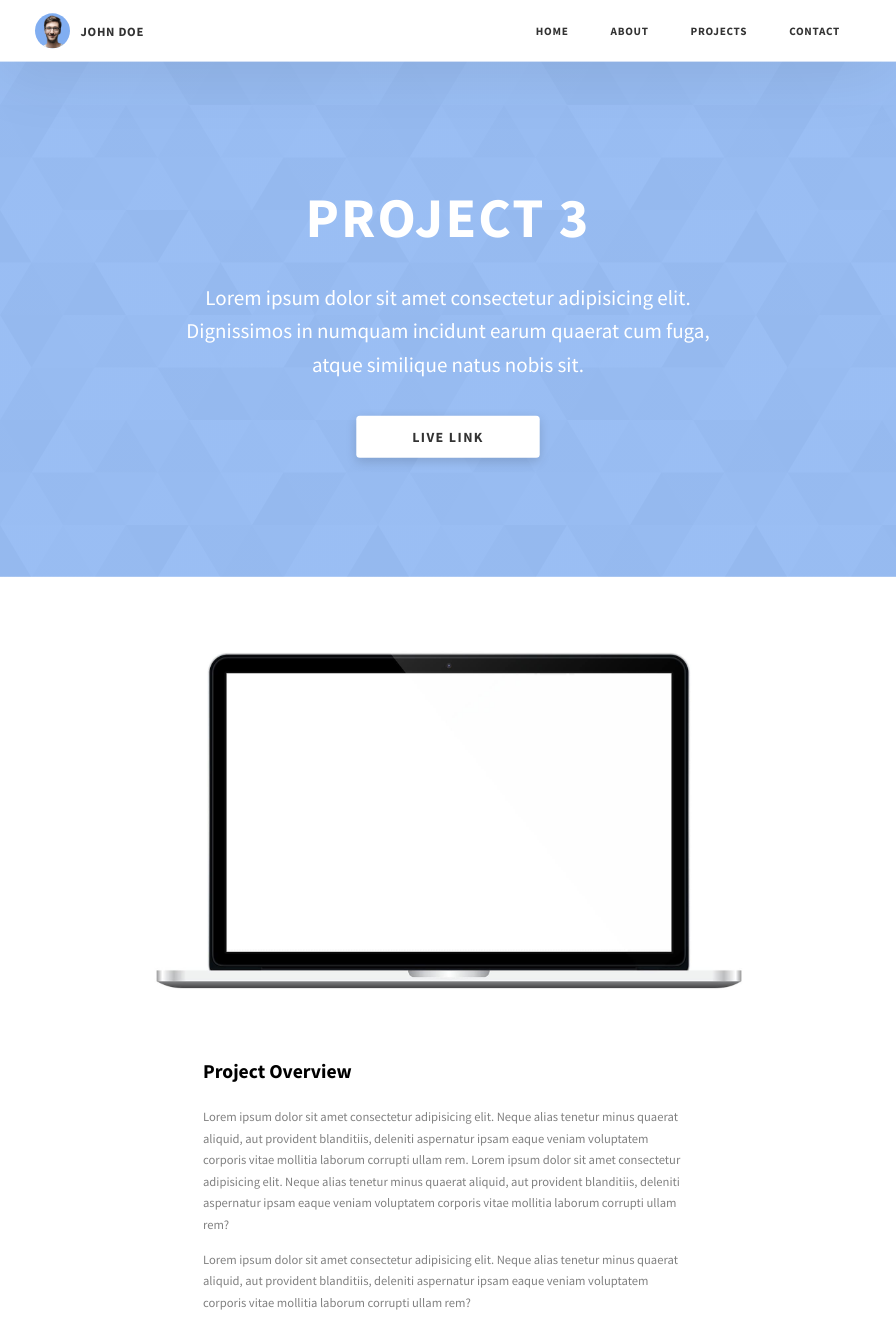
Repository: justinknguyen/Personal-Portfolio
Page: keyboards.html
These files come from the project's save history. The page is drawn as it stood at one moment and after the next save; the edit follows.
The browser window is 1280 px wide. The pictures show the part of the page from y = 0 to 1920 px (the page is 2775 px tall), at 70% of full size.
The style sheet was rebuilt from its Sass, Less or Tailwind sources for each picture, by a compiler version that may differ from the author's.

Above is the page before, as saved 2022-09-10 14:46:25.
Console error: TypeError: Cannot read properties of undefined (reading 'style')

After the next save:
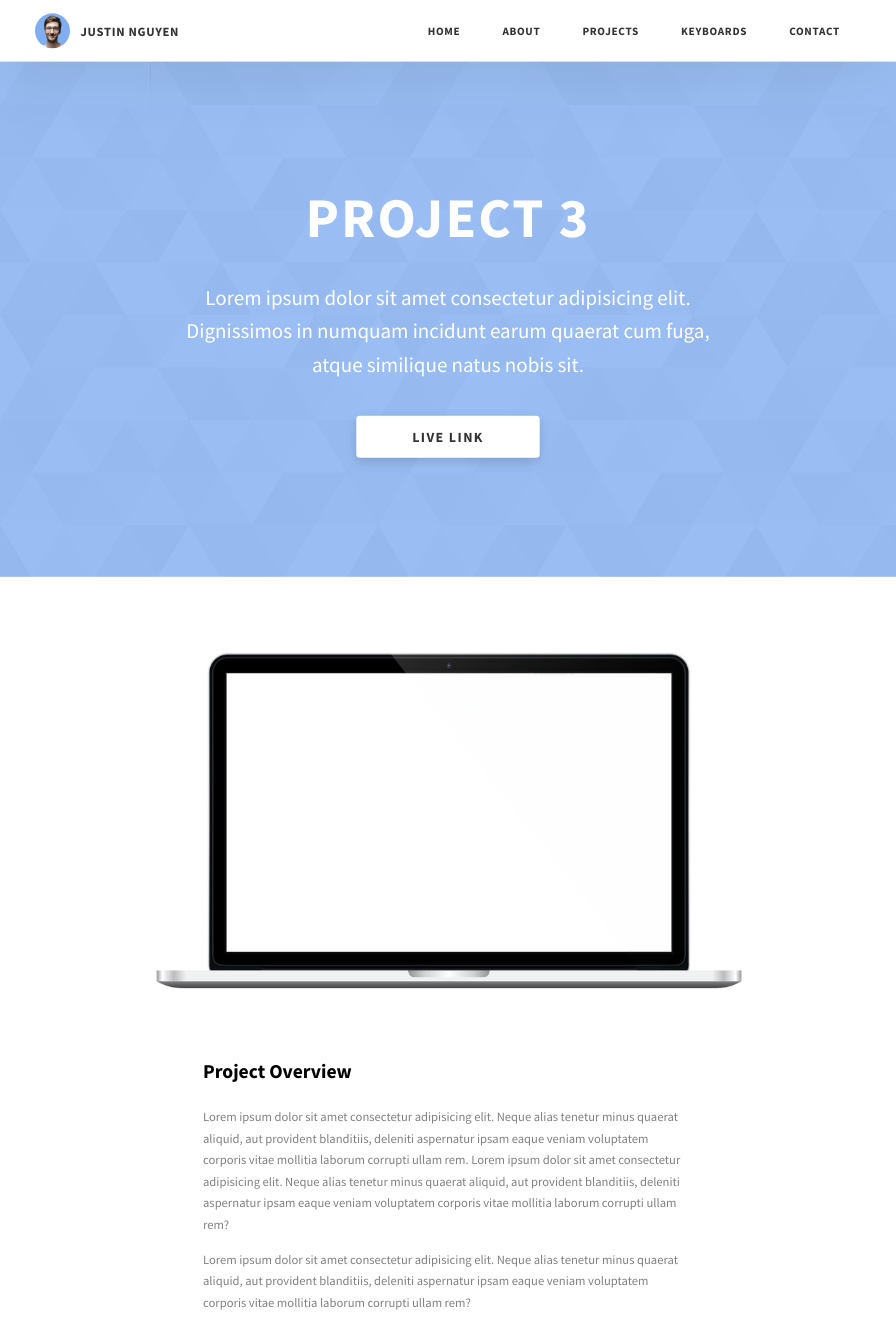
Saved 68 s later.
--- a/keyboards.html
+++ b/keyboards.html
@@ -27,7 +27,7 @@
               class="header__logo-img"
             />
           </div>
-          <span class="header__logo-sub">John Doe</span>
+          <span class="header__logo-sub">Justin Nguyen</span>
         </div>
         <div class="header__main">
           <ul class="header__links">
@@ -41,6 +41,13 @@
               <a href="./index.html#projects" class="header__link">
                 Projects
               </a>
+            </li>
+            <li class="header__link-wrapper">
+              <a
+                href="./keyboards.html"
+                class="header__link"
+                >Keyboards</a
+              >
             </li>
             <li class="header__link-wrapper">
               <a href="./index.html#contact" class="header__link"> Contact </a>
@@ -73,6 +80,13 @@
 
             <li class="header__sm-menu-link">
               <a href="./index.html#projects"> Projects </a>
+            </li>
+
+            <li class="header__sm-menu-link">
+              <a
+                href="./keyboards.html"
+                >Keyboards</a
+              >
             </li>
 
             <li class="header__sm-menu-link">
